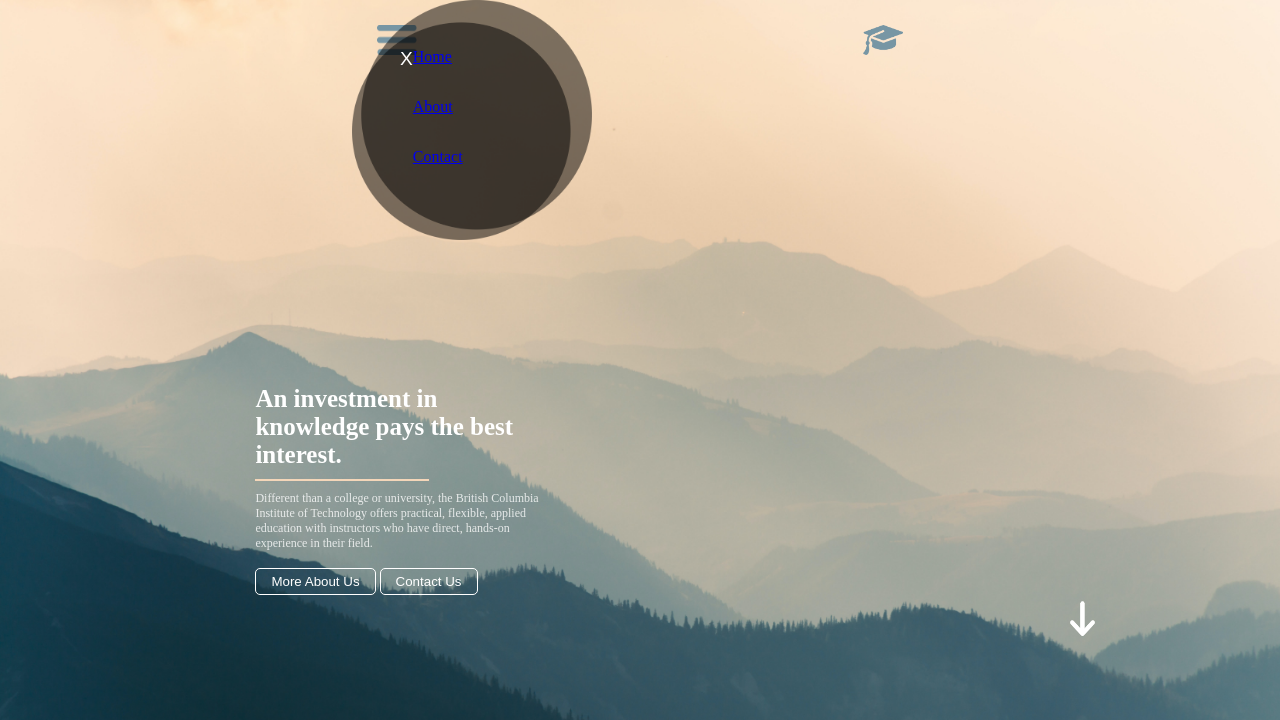
Repository: Sheraliramzan/Aly_A01253508_Assignment1
Page: /
An editor plug-in stored every save of this project. The page is shown before and after the next save, followed by the edit.
The browser window is 1280 px wide. The pictures show the whole page.
The project was rebuilt for these pictures with package versions that can differ from the ones it lists, and the page was loaded fresh each time. The framework's server and built-in components were replaced by stand-ins that run in the browser. Also part of the build but not shown: next.config.js.

Above is the page before, as saved 2023-02-04 17:47:39.

After the next save:
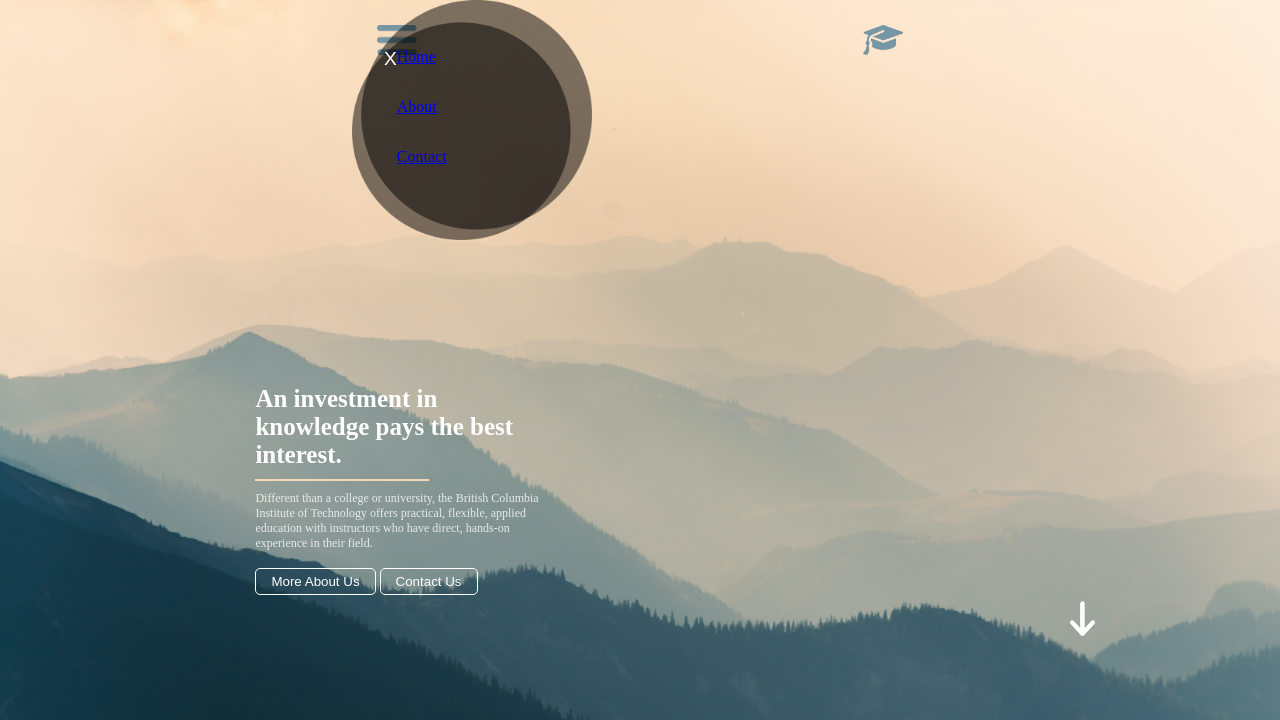
Saved 25 s later.
--- a/styles/globals.css
+++ b/styles/globals.css
@@ -42,7 +42,7 @@ ul > li {
   position: absolute;
   display: flex;
   align-items: flex-start;
-  left: 3rem;
+  left: 2rem;
   top: 3rem;
 }
 

After the save that followed:
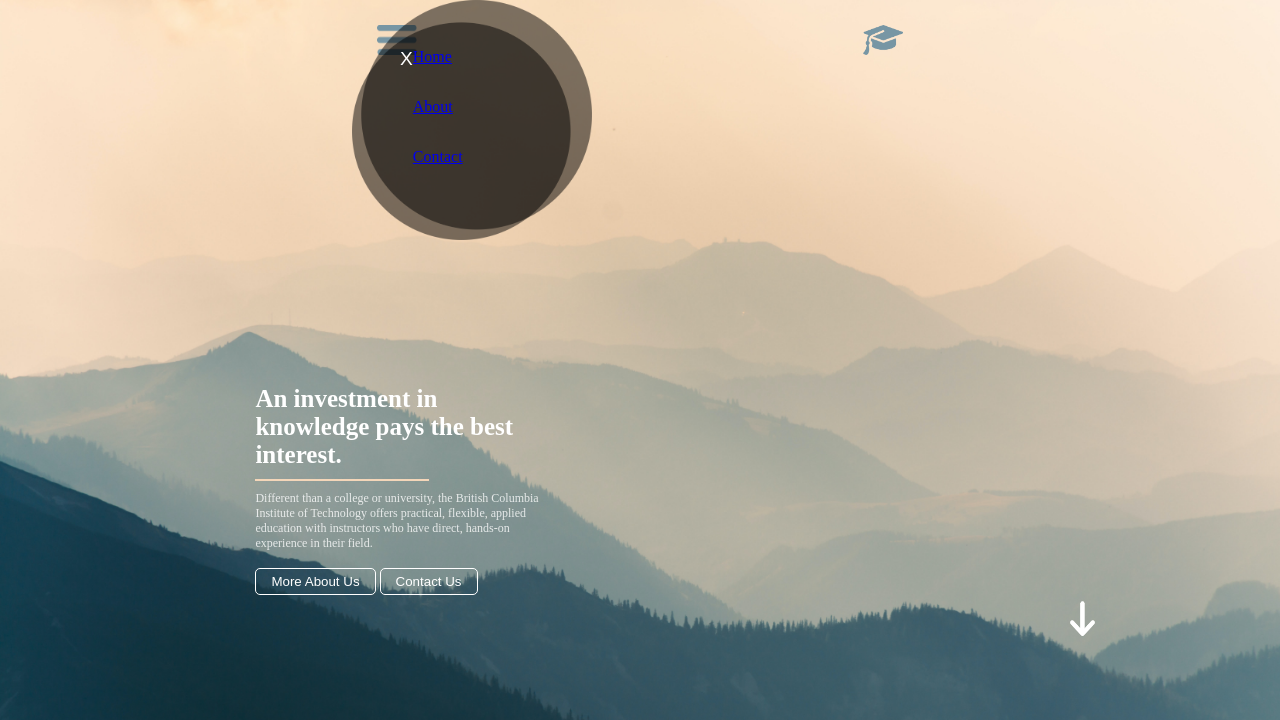
Saved 6 s later.
--- a/styles/globals.css
+++ b/styles/globals.css
@@ -42,7 +42,7 @@ ul > li {
   position: absolute;
   display: flex;
   align-items: flex-start;
-  left: 2rem;
+  left: 3rem;
   top: 3rem;
 }
 
